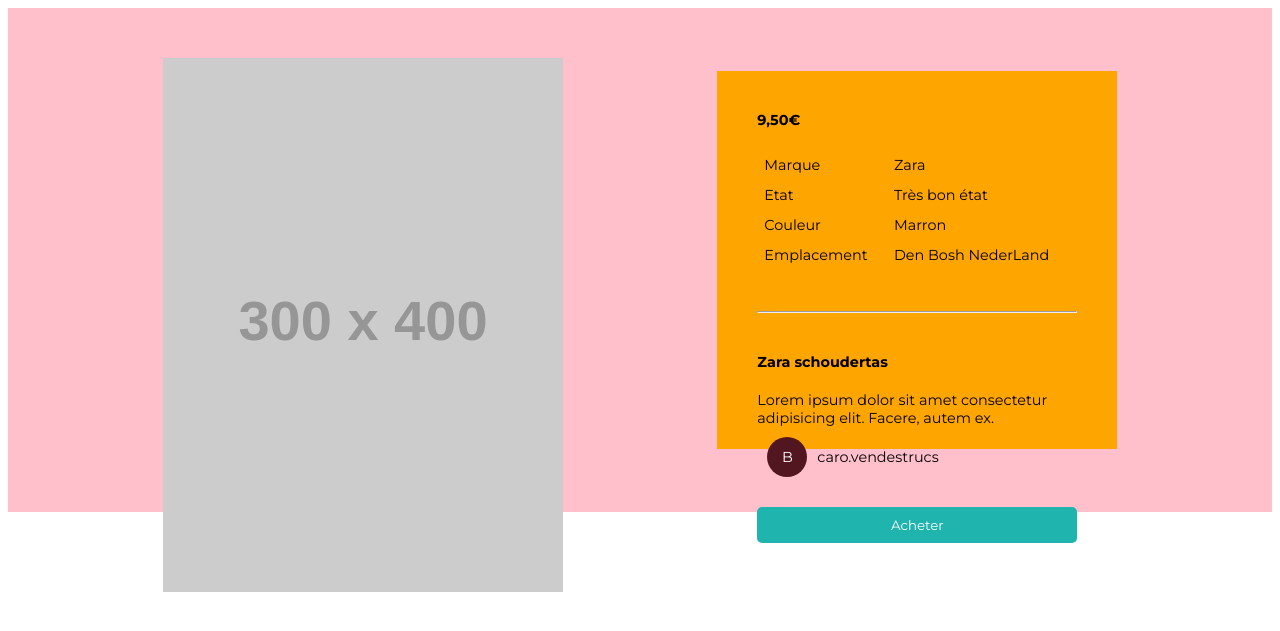
Repository: mel-in-a/vinted-front-clone
Page: html/offer.html
The author's editor kept a copy of each file at every save. The page is drawn from the files as they stood at one save, then again after the next save.
The browser window is 1280 px wide. The pictures show the whole page.

Above is the page before, as saved 2021-07-29 16:59:14.

### html/offer.html
<!DOCTYPE html>
<html lang="en">
  <head>
    <meta charset="UTF-8" />
    <meta http-equiv="X-UA-Compatible" content="IE=edge" />
    <meta name="viewport" content="width=device-width, initial-scale=1.0" />
    <link rel="preconnect" href="https://fonts.googleapis.com" />
    <link rel="preconnect" href="https://fonts.gstatic.com" crossorigin />
    <link
      href="https://fonts.googleapis.com/css2?family=Montserrat:wght@100;200;300;400;500;600;700;800;900&display=swap"
      rel="stylesheet"
    />
    <link rel="stylesheet" href="/offer.css" />
    <title>Document</title>
  </head>
  <body>
    <div class="offer">
      <div class="left"><img src="https://via.placeholder.com/300x400.png" alt=""></div>
      <div class="right">
        <div class="price">9,50€</div>

        <table>
          <tr>
            <td>Marque</td>
            <td>Zara</td>
          </tr>
          <tr>
            <td>Etat</td>
            <td>Très bon état</td>
          </tr>
          <tr>
            <td>Couleur</td>
            <td>Marron</td>
          </tr>
          <tr>
            <td>Emplacement</td>
            <td>Den Bosh NederLand</td>
          </tr>
        </table>

        <hr />
        <div class="title">Zara schoudertas</div>
        <div class="description">
          Lorem ipsum dolor sit amet consectetur adipisicing elit. Facere, autem
          ex.
        </div>
        <div class="horizontal">
          <div class="avatar">B</div>
          <div class="username">caro.vendestrucs</div>
        </div>

        <button class="btn-buy">Acheter</button>
      </div>
    </div>
  </body>
</html>

### html/offer.css
* {
  font-family: "Montserrat", sans-serif;
}
.offer {
  width: 100%;
  display: flex;
  background-color: pink;
  height: 70vh;
  justify-content: space-evenly;
  align-items: center;
  flex-shrink: 0;
}

.offer .left,
.offer .right {
  width: 400px;
  background-color: orange;
}
.offer .left {
  height: 80%;
}
.offer .right {
  height: 75%;
  padding: 40px;
  box-sizing: border-box;
  font-size: 0.9rem;
}

.offer .horizontal {
  display: flex;
  flex-direction: row;
  /* justify-content: space-between; */
  align-items: center;
}

.offer table {
  width: 100%;
}

.offer td {
  padding: 5px;
}
.offer hr {
  margin: 40px 0;
}

.offer .title {
  font-weight: 700;
  margin-bottom: 20px;
}

.offer .price {
  font-weight: 700;
  margin-bottom: 20px;
}

.offer .avatar {
  width: 40px;
  height: 40px;
  border-radius: 50%;
  margin: 10px;
  background-color: rgb(82, 22, 32);
  text-align: center;

  color: white;
  vertical-align: middle;
  line-height: 40px;
}

.offer .btn-buy {
  margin-top: 20px;
  border-radius: 5px;
  background-color: rgb(31, 180, 173);
  width: 100%;
  padding: 10px;
  border: none;
  color: white;
}
.offer .left img {
    width:100%;
    background-size: cover;
}

After the next save:
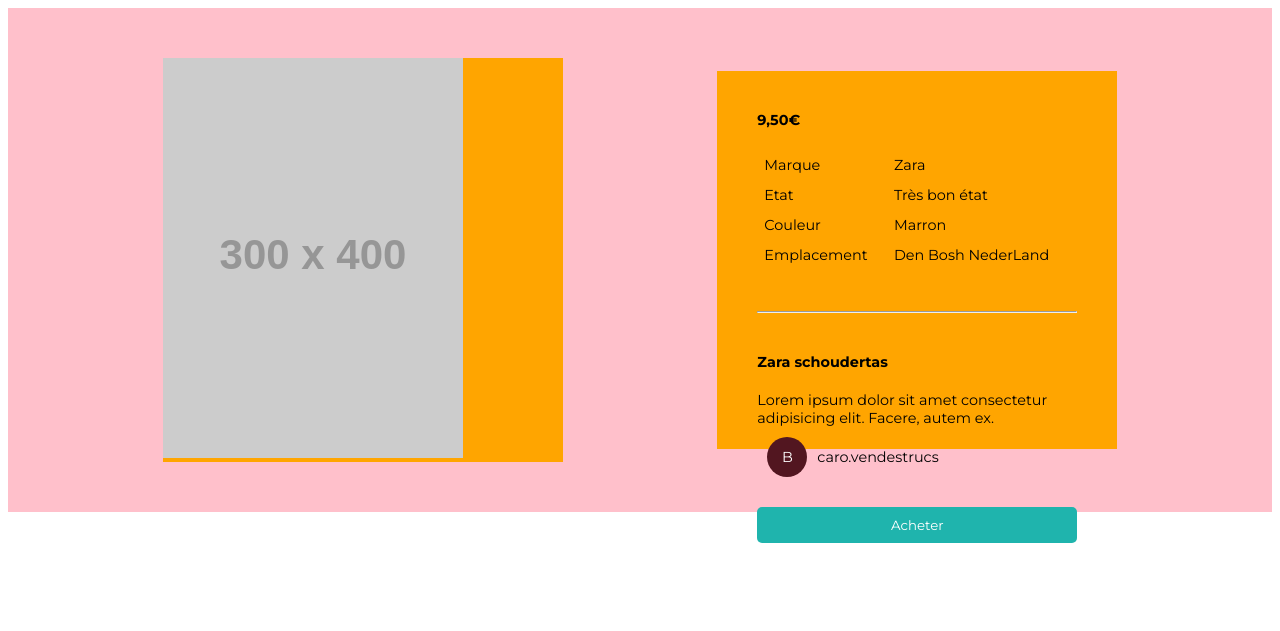
Saved 22 s later.
--- a/html/offer.css
+++ b/html/offer.css
@@ -76,7 +76,3 @@
   border: none;
   color: white;
 }
-.offer .left img {
-    width:100%;
-    background-size: cover;
-}

After the save that followed:
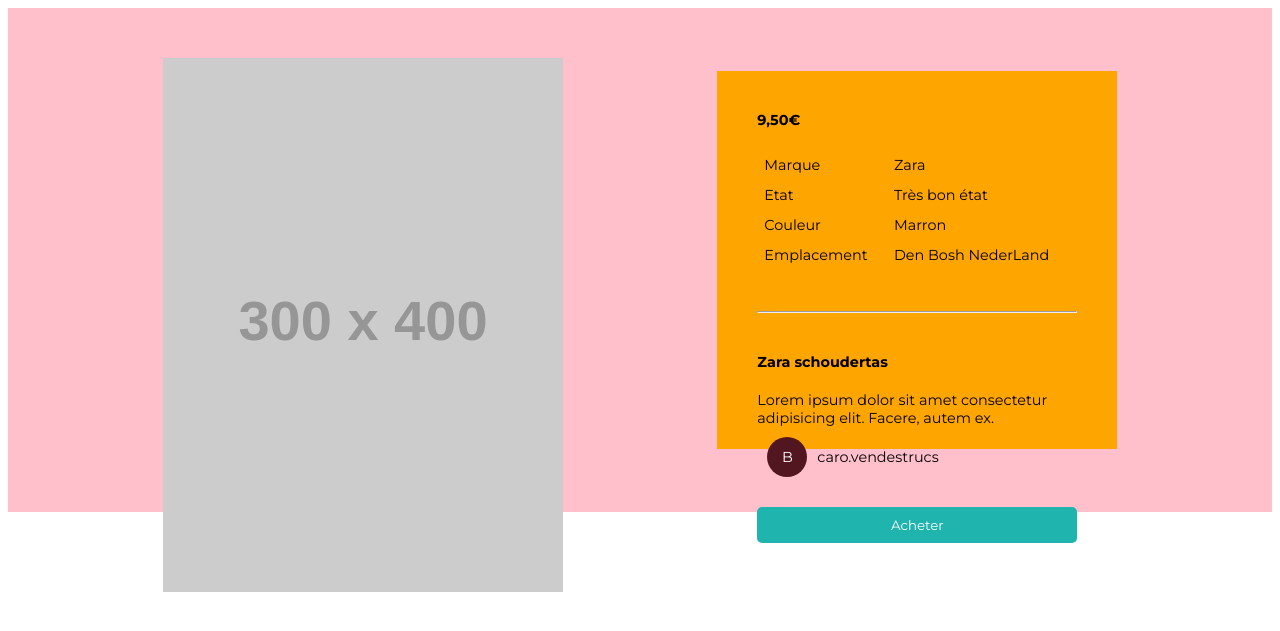
Saved 4 s later.
--- a/html/offer.css
+++ b/html/offer.css
@@ -19,6 +19,12 @@
 .offer .left {
   height: 80%;
 }
+
+.offer .left img {
+    width:100%;
+    background-size: cover;
+}
+
 .offer .right {
   height: 75%;
   padding: 40px;
